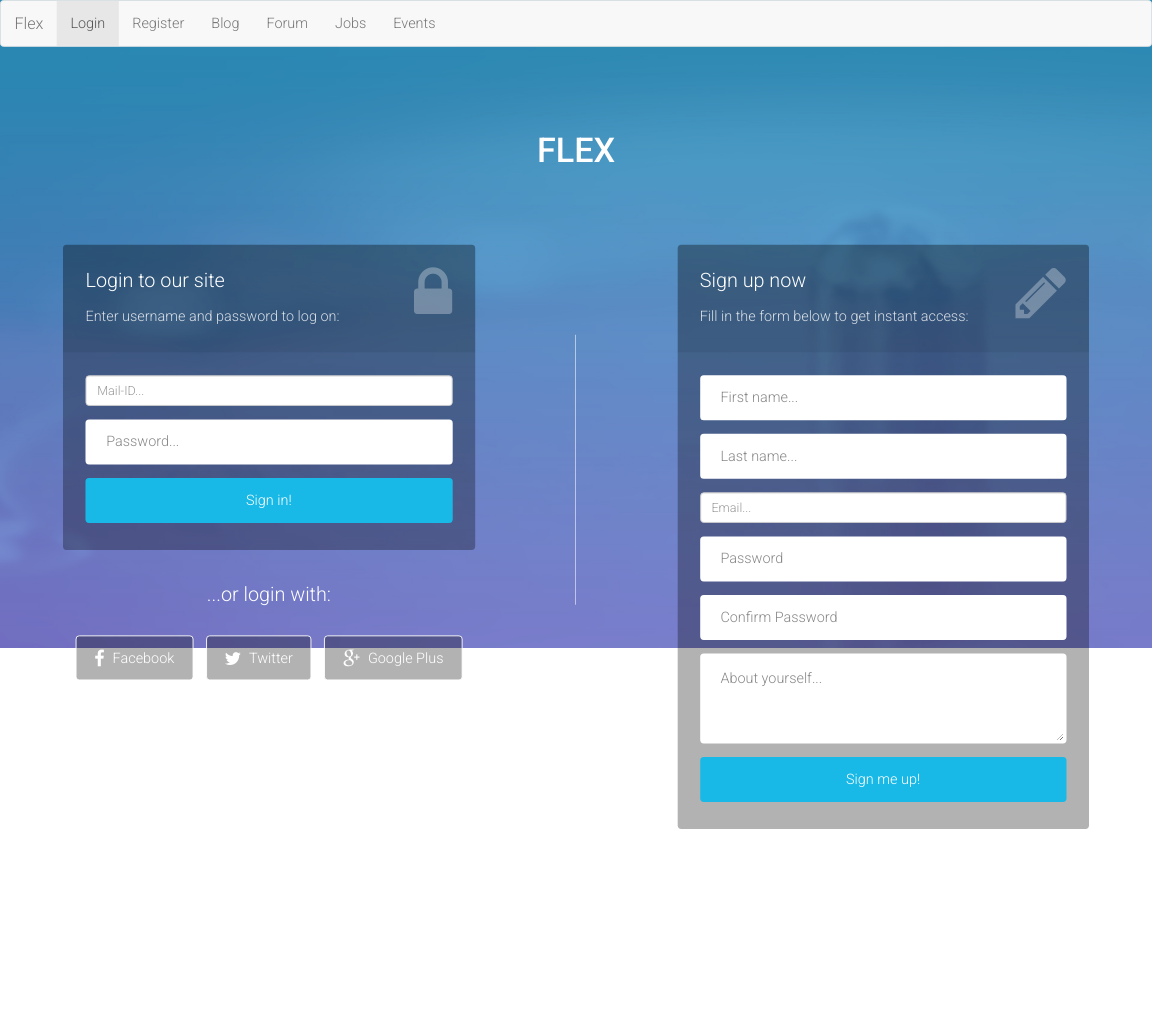
Repository: Angelamritha2012/Flex
Page: Collaboration/WebContent/index.html
These files come from the project's save history. The page is drawn as it stood at one moment and after the next save; the edit follows.
The browser window is 1280 px wide. The pictures show the whole page, at 90% of full size.
Some web libraries are served in a nearby version.

Above is the page before, as saved 2017-11-30 09:39:08.

### Collaboration/WebContent/index.html
<!DOCTYPE html>
<html ng-app="">

    <head>
   <!--  <link rel="stylesheet" href="https://cdnjs.cloudflare.com/ajax/libs/materialize/0.100.2/css/materialize.min.css">

  Compiled and minified JavaScript

   <script src="https://cdnjs.cloudflare.com/ajax/libs/materialize/0.100.2/js/materialize.min.js"></script>
            -->
      <script src = "http://ajax.googleapis.com/ajax/libs/angularjs/1.3.14/angular.min.js"></script>

        <meta charset="utf-8">
        <meta http-equiv="X-UA-Compatible" content="IE=edge">
        <meta name="viewport" content="width=device-width, initial-scale=1">
        <title>FLEX</title>

        <!-- CSS -->
        <link rel="stylesheet" href="http://fonts.googleapis.com/css?family=Roboto:400,100,300,500">
        <link rel="stylesheet" href="assets/bootstrap/css/bootstrap.min.css">
        <link rel="stylesheet" href="assets/font-awesome/css/font-awesome.min.css">
		<link rel="stylesheet" href="assets/css/form-elements.css">
        <link rel="stylesheet" href="assets/css/style.css">

        <!-- HTML5 Shim and Respond.js IE8 support of HTML5 elements and media queries -->
        <!-- WARNING: Respond.js doesn't work if you view the page via file:// -->
        <!--[if lt IE 9]>
            <script src="https://oss.maxcdn.com/libs/html5shiv/3.7.0/html5shiv.js"></script>
            <script src="https://oss.maxcdn.com/libs/respond.js/1.4.2/respond.min.js"></script>
        <![endif]-->

        <!-- Favicon and touch icons -->
        <link rel="shortcut icon" href="assets/ico/favicon.png">
        <link rel="apple-touch-icon-precomposed" sizes="144x144" href="assets/ico/apple-touch-icon-144-precomposed.png">
        <link rel="apple-touch-icon-precomposed" sizes="114x114" href="assets/ico/apple-touch-icon-114-precomposed.png">
        <link rel="apple-touch-icon-precomposed" sizes="72x72" href="assets/ico/apple-touch-icon-72-precomposed.png">
        <link rel="apple-touch-icon-precomposed" href="assets/ico/apple-touch-icon-57-precomposed.png">

    </head>

    <body>

<nav class="navbar navbar-default">
  <div class="container-fluid">
    <div class="navbar-header">
      <a class="navbar-brand" href="#">Flex</a>
    </div>
    <ul class="nav navbar-nav">
      <li class="active"><a href="#">Login</a></li>
      <li><a href="#">Register</a></li>
      <li><a href="blog.html">Blog</a></li>
      <li><a href="forum.html">Forum</a></li>
	        <li><a href="job.html">Jobs</a></li>
	        <li><a href="event.html">Events</a></li>

    </ul>
  </div>
</nav>

        <!-- Top content -->
        <div class="top-content">

            <div class="inner-bg">
                <div class="container">

                    <div class="row">
                        <div class="col-sm-8 col-sm-offset-2 text">
                            <h1><strong>FLEX</strong></h1>

                        </div>
                    </div>

                    <div class="row">
                        <div class="col-sm-5">

                        	<div class="form-box">
	                        	<div class="form-top">
	                        		<div class="form-top-left">
	                        			<h3>Login to our site</h3>
	                            		<p>Enter username and password to log on:</p>
	                        		</div>
	                        		<div class="form-top-right">
	                        			<i class="fa fa-lock"></i>
	                        		</div>
	                            </div>
	                            <div class="form-bottom">
	                            <form name="myForm" ng-submit="submitForm()" novalidate>

				                    	<div class="form-group" ng-class="{ 'has-error' : myForm.email.$invalid && !myForm.Email.$pristine }">
				                        	<label class="sr-only" for="form-email">Mail-ID</label>

            <input type="mail" name="mail" class="form-control" placeholder="Mail-ID..." ng-model="user.email" required >
              <span style="color:white" ng-show="myForm.email.$dirty && myForm.email.$invalid">

<span ng-show="userForm.mail.$error.required">Email is required.</span>
  </span>
        </div>
				                        <div class="form-group">
				                        	<label class="sr-only" for="form-password">Password</label>
				                        	<input type="password" name="form-password" placeholder="Password..." class="form-password form-control" id="form-password">
				                        </div>
				                        <button type="submit" class="btn">Sign in!</button>
				                    </form>
			                    </div>
		                    </div>

		                	<div class="social-login">
	                        	<h3>...or login with:</h3>
	                        	<div class="social-login-buttons">
		                        	<a class="btn btn-link-2" href="#">
		                        		<i class="fa fa-facebook"></i> Facebook
		                        	</a>
		                        	<a class="btn btn-link-2" href="#">
		                        		<i class="fa fa-twitter"></i> Twitter
		                        	</a>
		                        	<a class="btn btn-link-2" href="#">
		                        		<i class="fa fa-google-plus"></i> Google Plus
		                        	</a>
	                        	</div>
	                        </div>

                        </div>
                        <div class="col-sm-1 middle-border"></div>
                        <div class="col-sm-1"></div>

                        <div class="col-sm-5">

                        	<div class="form-box">
                        		<div class="form-top">
	                        		<div class="form-top-left">
	                        			<h3>Sign up now</h3>
	                            		<p>Fill in the form below to get instant access:</p>
	                        		</div>
	                        		<div class="form-top-right">
	                        			<i class="fa fa-pencil"></i>
	                        		</div>
	                            </div>
	                            <div class="form-bottom">

<form name="userForm" ng-submit="submitForm()" novalidate>
				                    	<!-- <div class="form-group">
				                    		<!-- <label class="sr-only" for="form-first-name">First name</label>
				                        	<input type="text" name="first-name" placeholder="First name..." class="form-first-name form-control" id="form-first-name" ng-model = "firstName" required>
				                        	  <span style="color:red" ng-show="myForm.firstname.$dirty && myForm.firstname.$invalid">
  <span ng-show="myForm.firstname.$error.required">firstname is required.</span>
  </span>
				                       <input name = "firstname" type = "text" ng-model = "firstName" required>
                     <span style = "color:red" ng-show = "studentForm.firstname.$dirty && studentForm.firstname.$invalid">
                        <span ng-show = "Form.firstname.$error.required">First Name is required.</span>
                     </span>
				                        </div>
				                        <label>First Name:</label>
<input type="text" name="FirstName" ng-model="firstName" required />
<div ng-messages="myForm.firstName.$error">
  <div ng-message="required">This field is required</div>
</div>
				                        </div>
				                         -->
				                         <div class="form-group" ng-class="{ 'has-error' : userForm.name.$invalid && !userForm.name.$pristine }">
				                        	<label class="sr-only" for="form-firstname">First name</label>

            <input type="text" name="name" class="form-control" placeholder="First name..."ng-model="user.name" required>

            <p style="color:white" ng-show="userForm.name.$invalid && !userForm.name.$pristine" class="help-block">You first name is required.</p>
        </div>

				                       <div class="form-group" ng-class="{ 'has-error' : userForm.name.$invalid && !userForm.name.$pristine }">
				                        	<label class="sr-only" for="form-lastname">Last name</label>

            <input type="text" name="lastname" class="form-control" placeholder="Last name..."ng-model="user.lastname" required>

            <p style="color:white" ng-show="userForm.lastname.$invalid && !userForm.lastname.$pristine" class="help-block">You last name is required.</p>
        </div>
				                         <div class="form-group" ng-class="{ 'has-error' : userForm.email.$invalid && !userForm.email.$pristine }">
				                        	<label class="sr-only" for="form-email">Email</label>

            <input type="email" name="email" class="form-control" placeholder="Email..." ng-model="user.email" required >
              <span style="color:white" ng-show="userForm.email.$dirty && userForm.email.$invalid">

<span ng-show="userForm.email.$error.required">Email is required.</span>
  <span ng-show="userForm.email.$error.email">Invalid email address.</span>
  </span>
        </div>

										 <!-- <div class="form-group">
				                        	<label class="sr-only" for="password">PassWord</label>
				                        	<input type="text" name="form-password" placeholder="Password" class="form-password form-control" id="form-password">
				                        </div>

										<div class="form-group">
				                        	<label class="sr-only" for="confirm password">Confirm PassWord</label>
				                        	<input type="text" name="form-confirm-password" placeholder="Confirm Password" class="form-confirm-password form-control" id="form-confirm-password">
				                        </div> -->
				                         <div class="form-group">
        <input name="password" type="password" class="form-control" placeholder="Password" ng-model="formData.password" ng-pattern="/(?=.*[a-z])(?=.*[A-Z])(?=.*[^a-zA-Z])/" required />
        <span style="color:white" ng-show="!userForm.password.$error.required &&  userForm.password.$error.pattern && userForm.password.$dirty">Must contain one lower &amp; uppercase letter, and one non-alpha character (a number or a symbol.)</span>
      </div>
      <div class="form-group">
        <input name="confirm_password" type="password" class="form-control" placeholder="Confirm Password" ng-model="formData.confirmPassword" ng-pattern="formData.password" required />
        <span style="color:white" ng-show="formData.password != formData.confirmPassword">Your passwords must match.</span>
      </div>
      <div>


				                        <div class="form-group">
				                        	<label class="sr-only" for="form-about-yourself">About yourself</label>
				                        	<textarea name="form-about-yourself" placeholder="About yourself..."
				                        				class="form-about-yourself form-control" id="form-about-yourself"></textarea>
				                        </div>
				                        <button type="submit" class="btn" ng-disabled="formData.password != formData.confirmPassword" ng-click="createUser()">Sign me up!</button>
				                    </form>

			                    </div>
                        	</div>

                        </div>
                    </div>

                </div>
            </div>

        </div>

        <!-- Footer -->
        <footer>
        	<div class="container">
        		<div class="row">

        			<div class="col-sm-8 col-sm-offset-2">
        				<div class="footer-border"></div>
        				<p>Made by Flex at <a href="http://azmind.com" target="_blank"><strong>FLEX</strong></a>
        					having a lot of fun. <i class="fa fa-smile-o"></i></p>
        			</div>

        		</div>
        	</div>
        </footer>

        <!-- Javascript -->
        <script src="assets/js/jquery-1.11.1.min.js"></script>
        <script src="assets/bootstrap/js/bootstrap.min.js"></script>
        <script src="assets/js/jquery.backstretch.min.js"></script>
        <script src="assets/js/scripts.js"></script>

        <!--[if lt IE 10]>
            <script src="assets/js/placeholder.js"></script>
        <![endif]-->

</body>
</html>

### Collaboration/WebContent/assets/css/form-elements.css

input[type="text"],
input[type="password"],
textarea,
textarea.form-control {
	height: 50px;
    margin: 0;
    padding: 0 20px;
    vertical-align: middle;
    background: #fff;
    border: 3px solid #fff;
    font-family: 'Roboto', sans-serif;
    font-size: 16px;
    font-weight: 300;
    line-height: 50px;
    color: #888;
    -moz-border-radius: 4px; -webkit-border-radius: 4px; border-radius: 4px;
    -moz-box-shadow: none; -webkit-box-shadow: none; box-shadow: none;
    -o-transition: all .3s; -moz-transition: all .3s; -webkit-transition: all .3s; -ms-transition: all .3s; transition: all .3s;
}

textarea,
textarea.form-control {
	padding-top: 10px;
	padding-bottom: 10px;
	line-height: 30px;
}

input[type="text"]:focus,
input[type="password"]:focus,
textarea:focus,
textarea.form-control:focus {
	outline: 0;
	background: #fff;
    border: 3px solid #fff;
    -moz-box-shadow: none; -webkit-box-shadow: none; box-shadow: none;
}

input[type="text"]:-moz-placeholder, input[type="password"]:-moz-placeholder,
textarea:-moz-placeholder, textarea.form-control:-moz-placeholder { color: #888; }

input[type="text"]:-ms-input-placeholder, input[type="password"]:-ms-input-placeholder,
textarea:-ms-input-placeholder, textarea.form-control:-ms-input-placeholder { color: #888; }

input[type="text"]::-webkit-input-placeholder, input[type="password"]::-webkit-input-placeholder,
textarea::-webkit-input-placeholder, textarea.form-control::-webkit-input-placeholder { color: #888; }



button.btn {
	height: 50px;
    margin: 0;
    padding: 0 20px;
    vertical-align: middle;
    background: #19b9e7;
    border: 0;
    font-family: 'Roboto', sans-serif;
    font-size: 16px;
    font-weight: 300;
    line-height: 50px;
    color: #fff;
    -moz-border-radius: 4px; -webkit-border-radius: 4px; border-radius: 4px;
    text-shadow: none;
    -moz-box-shadow: none; -webkit-box-shadow: none; box-shadow: none;
    -o-transition: all .3s; -moz-transition: all .3s; -webkit-transition: all .3s; -ms-transition: all .3s; transition: all .3s;
}

button.btn:hover { opacity: 0.6; color: #fff; }

button.btn:active { outline: 0; opacity: 0.6; color: #fff; -moz-box-shadow: none; -webkit-box-shadow: none; box-shadow: none; }

button.btn:focus { outline: 0; opacity: 0.6; background: #19b9e7; color: #fff; }

button.btn:active:focus, button.btn.active:focus { outline: 0; opacity: 0.6; background: #19b9e7; color: #fff; }

Loaded but not shown: Collaboration/WebContent/assets/bootstrap/css/bootstrap.min.css (library); Collaboration/WebContent/assets/font-awesome/css/font-awesome.min.css (library); Collaboration/WebContent/assets/js/jquery-1.11.1.min.js (library); Collaboration/WebContent/assets/bootstrap/js/bootstrap.min.js (library); Collaboration/WebContent/assets/js/jquery.backstretch.min.js (library); Collaboration/WebContent/assets/js/scripts.js (52 lines, source omitted); Collaboration/WebContent/assets/css/style.css (402 lines, source omitted)

After the next save:
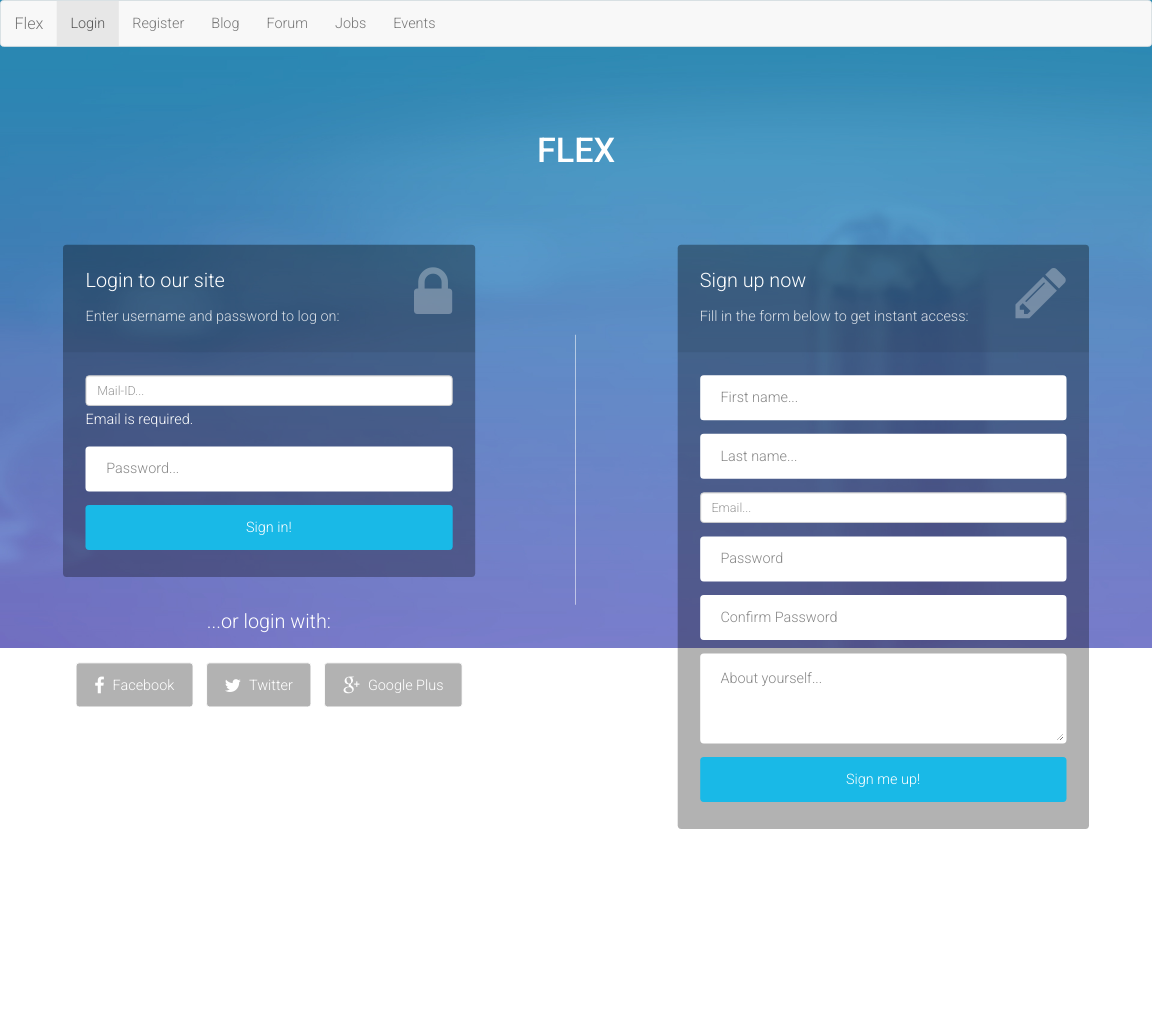
Saved 49 s later.
--- a/Collaboration/WebContent/index.html
+++ b/Collaboration/WebContent/index.html
@@ -86,11 +86,11 @@
 	                            <div class="form-bottom">
 	                            <form name="myForm" ng-submit="submitForm()" novalidate>
 
-				                    	<div class="form-group" ng-class="{ 'has-error' : myForm.email.$invalid && !myForm.Email.$pristine }">
+				                    	<div class="form-group" ng-class="{ 'has-error' : myForm.mail.$invalid && !myForm.mail.$pristine }">
 				                        	<label class="sr-only" for="form-email">Mail-ID</label>
 
-            <input type="mail" name="mail" class="form-control" placeholder="Mail-ID..." ng-model="user.email" required >
-              <span style="color:white" ng-show="myForm.email.$dirty && myForm.email.$invalid">
+            <input type="email" name="email" class="form-control" placeholder="Mail-ID..." ng-model="user.mail" required >
+              <span style="color:white" ng-show="myForm.email.$dirty>
 
 <span ng-show="userForm.mail.$error.required">Email is required.</span>
   </span>
